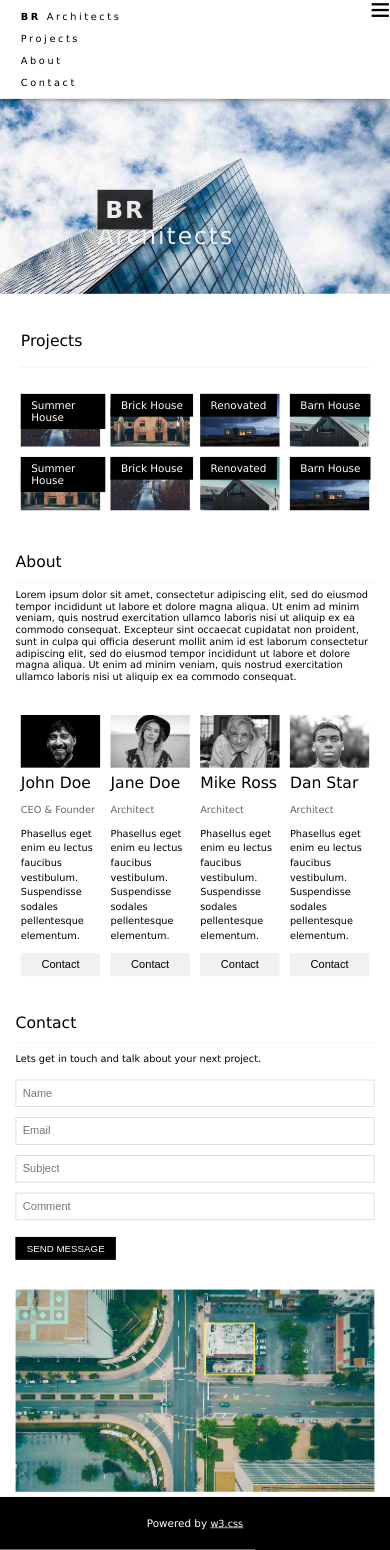
Repository: xd25vn/architects
Page: index.html
An editor plug-in stored every save of this project. The page is shown before and after the next save, followed by the edit.
The browser window is 600 px wide. The pictures show the whole page, at 65% of full size.

Above is the page before, as saved 2023-08-16 18:06:30.

After the next save:
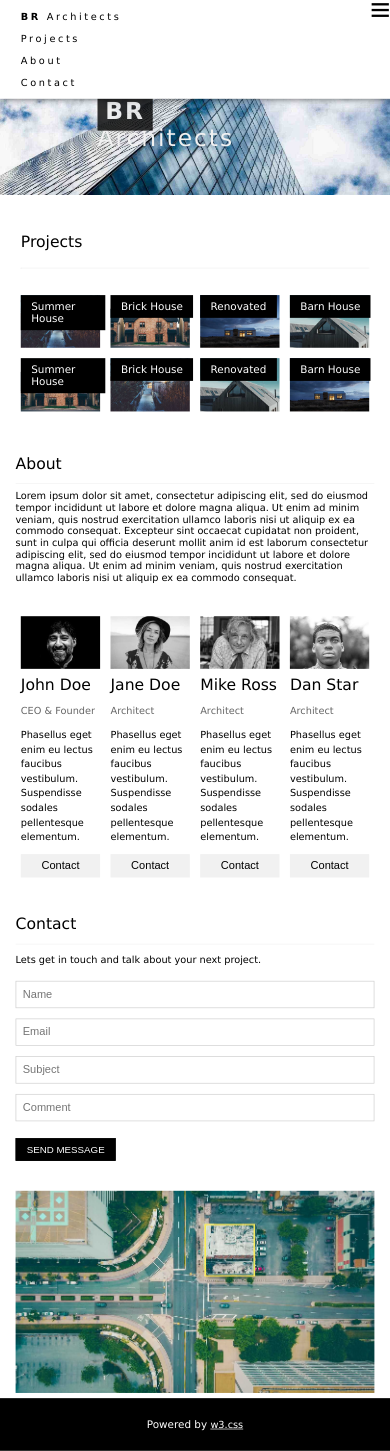
Saved 102 s later.
--- a/assets/css/reponsive.css
+++ b/assets/css/reponsive.css
@@ -12,7 +12,7 @@
 
 @media (max-width: 739px) {
     #nav {
-        position: relative;
+        /* position: relative; */
     }
 
     #nav .nav-item-right {
